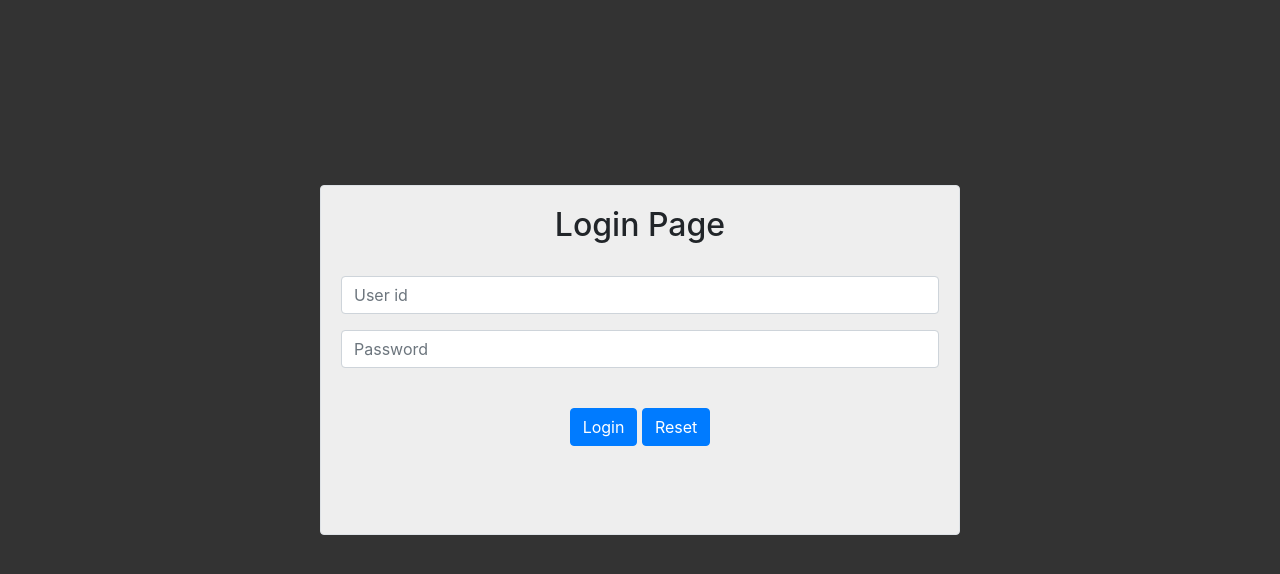
Repository: rkmr039/EMS_PROJECT
Page: EMS/WebContent/login2.html
The author's editor kept a copy of each file at every save. The page is drawn from the files as they stood at one save, then again after the next save.
The browser window is 1280 px wide. The pictures show the whole page.

Above is the page before, as saved 2019-08-30 07:09:13.
Console error: TypeError: Cannot read properties of undefined (reading 'fn')

### EMS/WebContent/login2.html
<!DOCTYPE html>
<html>
<head>
<meta charset="ISO-8859-1">
<title>Login | EMS </title>
<link rel="stylesheet" href="https://stackpath.bootstrapcdn.com/bootstrap/4.3.1/css/bootstrap.min.css" integrity="sha384-ggOyR0iXCbMQv3Xipma34MD+dH/1fQ784/j6cY/iJTQUOhcWr7x9JvoRxT2MZw1T" crossorigin="anonymous">
<script src="https://stackpath.bootstrapcdn.com/bootstrap/4.3.1/js/bootstrap.min.js" integrity="sha384-JjSmVgyd0p3pXB1rRibZUAYoIIy6OrQ6VrjIEaFf/nJGzIxFDsf4x0xIM+B07jRM" crossorigin="anonymous"></script>
<style>
body {
    background:#333;
}
.form_bg {
    background-color:#eee;
    padding:20px;
    position: absolute;
    margin: auto;
    top: 0;
    right: 0;
    bottom: 0;
    left: 0;
    height:350px;
}
.align-center {
    text-align:center;
}
</style>

</head>
<body>
 <div class="container">
 	 <form method="post" action="login.jsp">
    <div class="row">
        <div class="form_bg w-50 border rounded">
           <h2 class="text-center">Login Page</h2>
           <br/>
           <div class="form-group">
               <input type="email" class="form-control" id="userid" placeholder="User id">
           </div>
           <div class="form-group">
               <input type="password" class="form-control" id="pwd" placeholder="Password">
           </div>
           <br/>
           <div class="form-group">
           		<div class="align-center">
                    <input type="submit" class="btn btn-primary" value="Login" id="login"/>
                    <input type="reset" value="Reset" class="btn btn-primary"/>
                </div>
     		</div>
        </div>
    </div>
    </form>
</div>
	<script src="https://code.jquery.com/jquery-3.3.1.slim.min.js" integrity="sha384-q8i/X+965DzO0rT7abK41JStQIAqVgRVzpbzo5smXKp4YfRvH+8abtTE1Pi6jizo" crossorigin="anonymous"></script>
<script src="https://cdnjs.cloudflare.com/ajax/libs/popper.js/1.14.7/umd/popper.min.js" integrity="sha384-UO2eT0CpHqdSJQ6hJty5KVphtPhzWj9WO1clHTMGa3JDZwrnQq4sF86dIHNDz0W1" crossorigin="anonymous"></script>

</body>
</html>

After the next save:
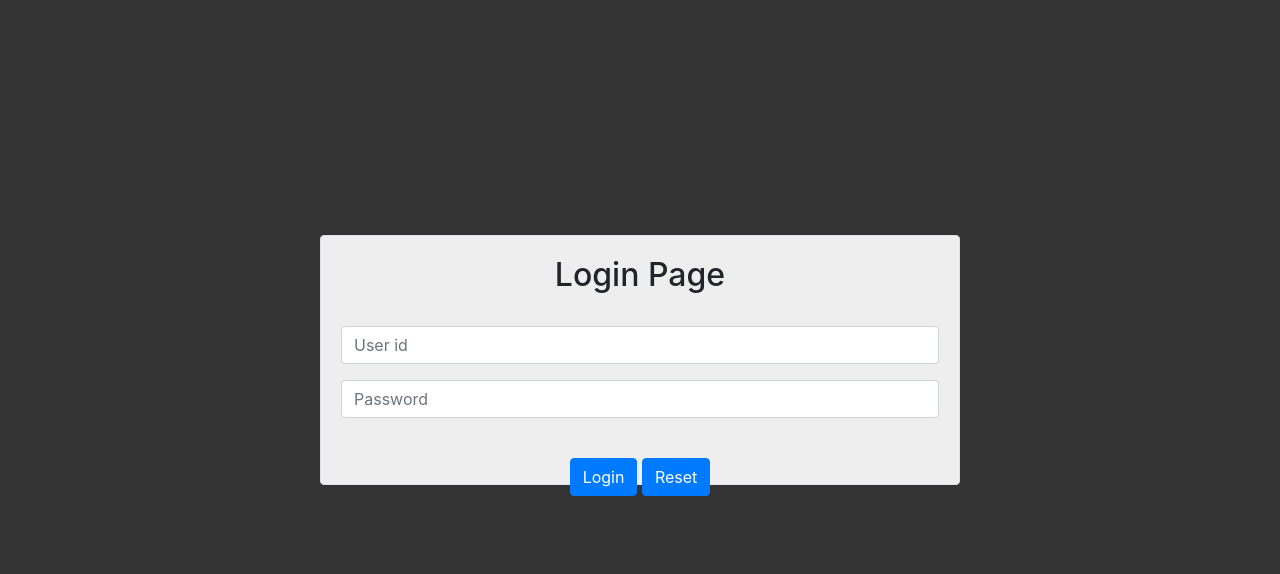
Saved 11 s later.
--- a/EMS/WebContent/login2.html
+++ b/EMS/WebContent/login2.html
@@ -18,7 +18,7 @@ body {
     right: 0;
     bottom: 0;
     left: 0;
-    height:350px;
+    height:250px;
 }
 .align-center {
     text-align:center;
